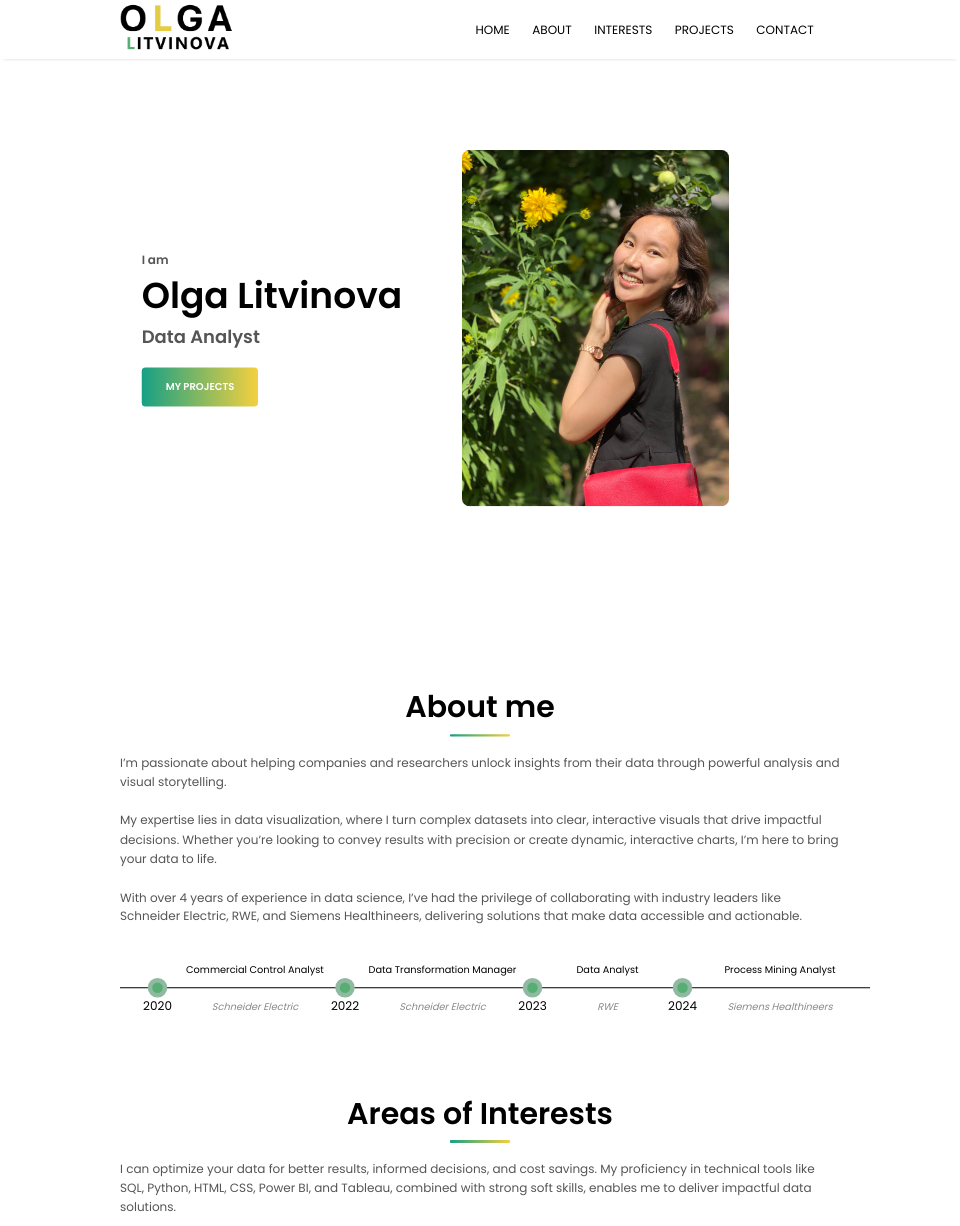
Repository: OlgaKuzminichna/CV
Page: index.html
The author's editor kept a copy of each file at every save. The page is drawn from the files as they stood at one save, then again after the next save.
The browser window is 1280 px wide. The pictures show the part of the page from y = 0 to 1635 px (the page is 4176 px tall before and 4252 px after), at 75% of full size.
A picture or video elsewhere on the page could not be fetched, so the positions and the page height are approximate.

Above is the page before, as saved 2024-11-24 21:38:53.

### index.html
<!DOCTYPE html>
<html lang="en">
<head>
    <meta charset="UTF-8">
    <meta name="viewport" content="width=device-width, initial-scale=1.0">
    <title>Olga Litvinova | Data Analyst</title>
    <link rel="stylesheet" href="style.css">
    <link rel="icon" href="./images/logo2.png" type="image/x-icon">
    <script type="text/javascript" src="https://cdn.jsdelivr.net/npm/@emailjs/browser@3/dist/email.min.js"></script>
</head>
<body>
    <header>
        <nav id="navigation">
            <div class="site-header">
                <div class="site-logo">
                    <img src="./images/logo.png" alt="Olga Litvinova">
                </div>
                <ul class="link-list">
                    <li><a href="#home">HOME</a></li>
                    <li><a href="#about">ABOUT</a></li>
                    <li><a href="#skills">INTERESTS</a></li>
                    <li><a href="#projects">PROJECTS</a></li>
                    <li><a href="#contact">CONTACT</a></li>
                    <!-- <li><a href="#resume">RESUME</a></li> -->
                </ul>
            </div>
        </nav>
        <nav id="responsive-nav">
            <div class="site-header">
                <div class="site-logo">
                    <img src="./images/logo.png" alt="Olga Litvinova">
                </div>
                <div class="hamburger-menu">
                    <div class="icon-toggle" onclick="toggleMenu()">
                        <span></span>
                        <span></span>
                        <span></span>
                    </div>
                    <div class="dropdown-links">
                        <li><a href="#home" onclick="toggleMenu()">HOME</a></li>
                        <li><a href="#about" onclick="toggleMenu()">ABOUT</a></li>
                        <li><a href="#skills" onclick="toggleMenu()">INTERESTS</a></li>
                        <li><a href="#projects" onclick="toggleMenu()">PROJECTS</a></li>
                        <li><a href="#contact" onclick="toggleMenu()">CONTACT</a></li>
                        <!-- <li><a href="#resume" onclick="toggleMenu()">RESUME</a></li> -->
                    </div>
                </div>
            </div>
        </nav>
    </header>

    <main>
        <section id="home">
            <div class="intro-left">
                <p class="intro-text2">I am</p>
                <h1 class="primary-title">Olga Litvinova</h1>
                <p class="intro-role">Data Analyst </p>
                <div class="button-group">
                    <button class="main-btn" onclick="location.href='./index.html#projects'">
                        MY PROJECTS
                    </button>
                </div>
            </div>
            <div class="intro-right">
                <img src="./images/Litvinova.jpg" alt="Olga Litvinova Picture" />
            </div>
        </section>
        <section id="about">
            <h1 class="secondary-title">About me</h1>
            <div class="description-container">
                <p>
                    I’m passionate about helping companies and researchers unlock insights from their data through powerful analysis and visual storytelling. <br>
                    <br>
                    My expertise lies in data visualization, where I turn complex datasets into clear, interactive visuals that drive impactful decisions. Whether you’re looking to convey results with precision or create dynamic, interactive charts, I’m here to bring your data to life.
                </p>
                <p>
                    <br>
                    With over 4 years of experience in data science, I’ve had the privilege of collaborating with industry leaders like Schneider Electric, RWE, and Siemens Healthineers, delivering solutions that make data accessible and actionable.
                </p>

            </div>

            <div class="timeline">
                <svg width="1000" height="100">
                    <!-- Line -->
                    <line x1="0" y1="50" x2="1000" y2="50" style="stroke:black; stroke-width:1.5"></line>
                    <!-- 2020 Event -->
                    <circle cx="50" cy="50" r="10" stroke="#8fb9a1" stroke-width="6" fill="rgb(87, 174, 114)"></circle>
                    <text text-anchor="middle" x="50" y="80" fill="black">2020</text>
                    <text style="font-size:13" text-anchor="middle" x="180" y="30" fill="black">Commercial Control Analyst</text>
                    <text style="font-size:13; font-style: italic" text-anchor="middle" x="180" y="80" fill="#888888">Schneider Electric</text>


                    <circle cx="300" cy="50" r="10" stroke="#8fb9a1" stroke-width="6" fill="rgb(87, 174, 114)"></circle>
                    <text text-anchor="middle" x="300" y="80" fill="black">2022</text>
                    <text style="font-size:13" text-anchor="middle" x="430" y="30" fill="black">Data Transformation Manager</text>
                    <text style="font-size:13; font-style: italic" text-anchor="middle" x="430" y="80" fill="#888888">Schneider Electric</text>

                    <circle cx="550" cy="50" r="10" stroke="#8fb9a1" stroke-width="6" fill="rgb(87, 174, 114)"></circle>
                    <text text-anchor="middle" x="550" y="80" fill="black">2023</text>
                    <text style="font-size:13" text-anchor="middle" x="650" y="30" fill="black">Data Analyst</text>
                    <text style="font-size:13; font-style: italic" text-anchor="middle" x="650" y="80" fill="#888888">RWE</text>

                    <circle cx="750" cy="50" r="10" stroke="#8fb9a1" stroke-width="6" fill="rgb(87, 174, 114)"></circle>
                    <text text-anchor="middle" x="750" y="80" fill="black">2024</text>
                    <text style="font-size:13" text-anchor="middle" x="880" y="30" fill="black">Process Mining Analyst</text>
                    <text style="font-size:13; font-style: italic" text-anchor="middle" x="880" y="80" fill="#888888">Siemens Healthineers</text>
                </svg>
            </div>
        </section>


        <section id="skills">
            <h1 class="secondary-title">Areas of Interests</h1>
            <div class="description-container">
                <p>I can optimize your data for better results, informed decisions, and cost savings. My proficiency in technical tools like SQL, Python, HTML, CSS, Power BI, and Tableau, combined with strong soft skills, enables me to deliver impactful data solutions.</p>
            </div>
            <div class="skill-article-group">
                <article class="skill-card">
                    <img src="./images/data-analysis.png" alt="Data Analysis Icon" class="icon"/>
                    <div>
                        <h3>Data Analysis</h3>
                        <p>Uncover hidden insights and patterns within your data to identify trends, anomalies, and opportunities for data-driven decision-making.</p>
                    </div>
                </article>
                <article class="skill-card">
                    <img src="./images/data-analytics.png" alt="Data Analytics Icon" class="icon"/>
                    <div>
                        <h3>Data Analytics</h3>
                        <p>Harness the power of advanced analytics, including predictive models and machine learning solutions to forecast outcomes, optimize processes, and gain a competitive edge.</p>
                    </div>
                </article>
                <article class="skill-card">
                    <img src="./images/data-visualization.png" alt="Data Visualization Icon" class="icon"/>
                    <div>
                        <h3>Data Visualization</h3>
                        <p>Transform complex data into clear and compelling visual narratives. Create custom dashboards and reports for enhanced data communication and understanding.</p>
                    </div>
                </article>
                <article class="skill-card">
                    <img src="./images/technical-writing.png" alt="Technical Writing Icon" class="icon"/>
                    <div>
                        <h3>Technical Writing</h3>
                        <p>Translate intricate technical concepts into clear and concise documentation. From reports to comprehensive materials, I ensure your data projects are well-documented and readily accessible.</p>
                    </div>
                </article>
                <article class="skill-card">
                    <img src="./images/front-end-web-development.png" alt="Front End Web Development Icon" class="icon"/>
                    <div>
                        <h3>Web Development</h3>
                        <p>Craft intuitive web interfaces that deliver information in an accessible format. Design and build data-driven web solutions that seamlessly blend functionality and aesthetics.</p>
                    </div>
                </article>
                <article class="skill-card">
                    <img src="./images/collaboration.png" alt="Collaboration Icon" class="icon"/>
                    <div>
                        <h3>Collaboration</h3>
                        <p>Collaborate seamlessly with your team to integrate data solutions into your business processes. Whether it's short-term projects or ongoing data-driven initiatives, I'm here to support your success.</p>
                    </div>
                </article>
            </div>
        </section>
        <section id="projects">
            <h1 class="secondary-title">Projects</h1>
            <div class="project-group">
                <div class="project-detail-card">
                    <img src="./images/cyclistic.png" class="project-image"/>
                    <h2 class="project-title">Cyclistic Bike-Share Analytics</h2>
                    <p>A comprehensive analysis of Cyclistic Bike-Share program, featuring Exploratory Data Analysis (EDA), A/B Testing, SARIMA Time Series Forecasting, and interactive Tableau dashboards to uncover user behavior, trends, and marketing strategies for growth.</p>
                    <div class="button-group">
                        <button class="main-btn project-btn"
                        onclick="location.href='https://medium.com/python-in-plain-english/revitalizing-cyclistic-bike-share-program-an-in-depth-data-exploration-556b52512bf8'">View Project</button>
                    </div>
                </div>
                <!-- Additional projects can go here, following the same structure -->
            </div>
        </section>

        <section id="contact">
            <h1 class="secondary-title">Contact Me</h1>

            <div class="social-media-buttons">
                <a href="https://github.com/OlgaKuzminichna" target="_blank" class="button github">
                    <img src="images/github.png" alt="GitHub Icon">
                    <span>GitHub</span>
                </a>
                <a href="https://public.tableau.com/app/profile/yourusername" target="_blank" class="button tableau">
                    <img src="images/tableau.svg" alt="Tableau Icon">
                    <span>Tableau</span>
                </a>
                <a href="https://www.linkedin.com/in/olga-l-7802b324b/" target="_blank" class="button linkedin">
                    <img src="images/linkedin.png" alt="LinkedIn Icon">
                    <span>LinkedIn</span>
                </a>
                <a href="mailto:litvinova2404@gmail.com" class="button email">
                    <img src="images/email.png" alt="Email Icon">
                    <span>Email</span>
                </a>
            </div>
            <form class="contact-form">
            <h2>Feel free to contact me for any question </h2>
            <div class="form-field">
                <label for="name">Name</label>
                <input type="text" id="name" placeholder="Enter your full name" required>
            </div>
            <div class="form-field">
                <label for="email">Email</label>
                <input type="email" id="email" placeholder="Enter your email" required>
            </div>
            <div class="form-field">
                <label for="message">Message</label>
                <textarea id="message" name="message" rows="5" required></textarea>
            </div>
            <button class="submit-btn form-field" onclick="sendMail()">Send Message</button>
            </form>

        </section>
        <footer>
            <p>Copyright &copy; Olga Litvinova 2024. All Rights Reserved.</p>
        </footer>
    </main>
    <script src="script.js"></script>
</body>
</html>

### style.css
@import url('https://fonts.googleapis.com/css2?family=Poppins:wght@300;400;500;600&display=swap');

* {
    margin: 0;
    padding: 0;
    box-sizing: border-box;
}

body {
    font-family: 'Poppins', sans-serif;
    margin: 0;
    padding: 0;
}

p {
    color: #555;
}

a, .btn {
    transition: color 0.5s ease, background-color 0.5s ease;
}

header {
    position: sticky;
    top: 0;
    background-color: white;
    padding: 0;
    z-index: 2;
}

.site-header {
    width: 100%;
    padding: 5px 0px;
    display: flex;
    align-items: center;
    justify-content: space-between;
    margin: 0 10rem;
}

nav {
    width: 100%;
    display: flex;
    align-items: center;
    box-shadow: 0 5px 5px -5px rgba(0,0,0,.2);
}

.link-list {
    list-style: none;
    display: flex;
    margin-right: 20px;
}

.link-list li {
    margin: 0 15px;
}

.site-logo img {
    max-width: 150px;
    height: auto;
}

a {
    color: black;
    text-decoration: none;
}

a:hover {
    color: rgb(87, 174, 114);
    text-decoration: underline;
    text-underline-offset: 1rem;
    text-decoration-color: rgb(87, 174, 114);
}

/* HAMBURGER MENU */

#responsive-nav {
    display: none;
}

.hamburger-menu {
    position: relative;
    display: inline-block;
}

.icon-toggle {
    display: flex;
    flex-direction: column;
    justify-content: space-between;
    height: 24px;
    width: 30px;
    cursor: pointer;
}

.icon-toggle span {
    width: 100%;
    height: 2px;
    background-color: black;
    transition: all 0.3 ease-in-out;
}

.dropdown-links {
    position: absolute;
    top: 100%;
    right: 0%;
    background-color: white;
    width: fit-content;
    max-height: 0;
    overflow: hidden;
    transition: all 0.3 ease-in-out;
}

.dropdown-links a {
    display: block;
    padding: 10px;
    text-align: center;
    font-size: 1.2rem;
    color: black;
    text-decoration: none;
    transition: all 0.3 ease-in-out;
}

.dropdown-links a:hover {
    color: rgb(87, 174, 114);
}

.dropdown-links li {
    list-style: none;
}

.dropdown-links.open {
    max-height: 300px;
}

.icon-toggle.open span:nth-child(1) {
    transform: rotate(45deg) translate(10px, 5px);
}

.icon-toggle.open span:nth-child(2) {
    opacity: 0;
}

.icon-toggle.open span:nth-child(3) {
    transform: rotate(-45deg) translate(10px, -5px);
}

.icon-toggle span:nth-child(1),
.icon-toggle span:nth-child(2),
.icon-toggle span:nth-child(3) {
    transform: none;
}

main {
    margin-top: 60px;
}

section {
    margin: 0 10rem;
    box-sizing: border-box;
    min-height: fit-content;
}

.section-container {
    display: flex;
}

/* HOME */

#home {
    display: flex;
    justify-content: center;
    align-items: center;
    gap: 5rem;
    height: 85vh;
}

.intro-right {
    display: flex;
    height: 475px;
    width: 475px;
    margin: auto 0;
}

.intro-right img {
    border-radius: 10px;
}

.intro-left {
    align-self: justify;
    text-align: justify;
}

.intro-left p {
    font-weight: 600;
}

.intro-text {
    text-align: center;
}

.intro-text2 {
    text-align: justify;
}

.intro-role {
    font-size: 1.5rem;
    margin-bottom: 1rem;
}

.primary-title {
    font-size: 3rem;
    text-align: center;
}

.button-group {
    margin-top: 1.5rem;
    text-align: justify;

}

.main-btn {
    background: linear-gradient(to right, #16A085 0%, #F4D03F  50%, #16A085  100%);
    background-size: 200% auto;
    font-family: 'Poppins', sans-serif;
    border: none;
    color: white;
    padding: 1rem 2rem;
    font-weight: 600;
    border-radius: 5px;
    cursor: pointer;
    transition: background-color 0.3s ease, transform 0.2s ease;
}


.main-btn:hover {
    background-position: right center;
    transition: 0.5s;
    color: #fff;
    text-decoration: none;
    transform: scale(1.05);
}

/* ABOUT */

#about {
    padding-top: 5rem ;
    text-align: center;
}

.secondary-title {
    font-size: 2.5rem;
    position: relative;
}

.secondary-title::after {
    content: "";
    position: absolute;
    bottom: -10px;
    left: 50%;
    transform: translateX(-50%);
    width: 80px;
    height: 3.5px;
    background: linear-gradient(to right, #16A085 0%, #F4D03F  100%, #16A085  100%);
    border-radius: 1px;
}

.description-container {
    margin: 2rem auto;
}

.description-container p {
    color: #555;
    line-height: 1.6;
    text-align: left;
}

/* TIMELINE */

.timeline {
    text-align: center;
    padding: 0px;
    flex: 0 0 100%;
    max-width: 90%;
}




/* SKILLS */

#skills {
    padding-top: 5rem ;
    text-align: center;
}

.skill-article-group {
    display: flex;
    flex-wrap: wrap;
    justify-content: space-around;
    gap: 2.5rem;
}

.skill-card {
    display: flex;
    flex-direction: column;
    align-items: center;
    max-width: 320px;
    text-align: center;
}

.skill-card .icon {
    cursor: pointer;
    height: 90px;
    margin-bottom: 1rem;
}

.skill-card h3 {
    font-size: 1.5rem;
    color: #333;
}

.skill-card p {
    color: #777;
    line-height: 1.5;
    text-align: justify;
}

/* PROJECTS */

#projects {
    padding-top: 5rem ;
    text-align: center;
}

.project-group {
    display: flex;
    flex-wrap: wrap;
    justify-content: space-around;
    gap: 3.5rem;
    margin-top: 2rem;
}

.project-detail-card {
    background-color: white;
    border: 1px solid #ddd;
    border-radius: 5px;
    padding: 1.5rem;
    max-width: 540px;
    text-align: left;
    box-shadow: 0px 0px 10px rgba(0, 0, 0, 0.1);
    transition: transform 0.2s ease-in-out;
}

.project-detail-card:hover {
    transform: scale(1.02);
    box-shadow: 0px 0px 15px rgba(0, 0, 0, 0.2);
}

.project-image {
    max-width: 100%;
    height: auto;
}



/* CONTACT */

#contact {
    padding-top: 5rem ;
    text-align: center;

    margin: 0 auto;
}

/* CONTACT - social media links*/

.social-media-buttons {
    display: flex;
    justify-content: center;
    margin: 2rem;
}

.social-media-buttons .button {
    display: flex;
    align-items: center;
    justify-content: center;
    padding: 10px 15px;
    margin:15px;
    border-radius: 5px;
    text-decoration: none;
    font-family: 'Poppins', sans-serif;
    font-weight: bold;
    color: #555;
    transition: background-color 0.3s;
    border: 1px solid #333;
}

.social-media-buttons .button img {
    width: 50px;
    max-height: 100px;
    margin-right: 8px;
}


.social-media-buttons .button:hover {
    background: linear-gradient(to right, #16A085 0%, #F4D03F  200%, #16A085  100%);
    transform: scale(1.05);
    color: #fff;
}


/* CONTACT - Form */
.form-field {
    margin-bottom: 1rem;
}

.contact-form h2 {
    font-size: 1.5rem;
    margin:2rem;
}

label {
    display: block;
    font-weight: 600;
    margin-bottom: 0.5rem;
    text-align: justify;
    max-width: 400px;
    margin: 0 auto;
}

.form-field input,
.form-field textarea {
    max-width: 400px;
    width: 100%;
    padding: 0.5rem;
    font-size: 1rem;
    border: 1px solid #ccc;
    border-radius: 5px;
}

textarea {
    resize: none;
}

.submit-btn {
    background: linear-gradient(to right, #16A085 0%, #F4D03F  51%, #16A085  100%);
    background-size: 200% auto;
    border: none;
    color: white;
    padding: 1rem 2rem;
    font-weight: 600;
    border-radius: 5px;
    cursor: pointer;
    transition: background-color 0.3s ease, transform 0.2s ease;
    font-family: 'Poppins', sans-serif;
    margin-bottom: 3rem;

}

.submit-btn:hover {
    background-color: #57AE72;
    transform: scale(1.05);

}


/* FOOTER */

footer {
    padding: 1rem 0;
    text-align: center;
    background-color: #F9F9F7;
}

footer p {
    margin: 0;
}

footer p::before {
    font-size: 1.2rem;
    margin-right: 0.5rem;
}

/* RESPONSIVE STYLES */

@media screen and (max-width: 1400px) {
    #home {
        height: 83vh;
        margin-bottom: 6rem;
    }
}

@media screen and (max-width: 1200px) {
    #navigation {
        display: none;
    }
    #responsive-nav {
        display: flex;
    }
    section, .section-container {
        height: fit-content;
    }
    section {
        margin: 0 5%;
    }
    .intro-right {
        width: 275px;
        height: 275px;
        margin: 0 auto 2rem;
    }
    .project-group {
        gap: 2rem;
    }
    footer {
        padding: 1rem 0;
    }
    footer p {
        font-size: 0.7rem;
    }
}

@media (max-width: 999px) {
    .timeline {
        display: none;
    }
}

@media screen and (max-width: 768px) {
    .site-header {
        padding: 15px 20px;
        justify-content: space-between;
    }
    .icon-toggle {
        width: 25px;
    }
    .site-logo img {
        max-width: 35px;
    }
    .primary-title, .secondary-title {
        font-size: 1.6rem;
    }
}

@media screen and (max-width: 600px) {
    main {
        margin-top: 40px;
    }
}

### script.js
function toggleMenu() {
    const menu = document.querySelector(".dropdown-links");
    const icon = document.querySelector(".icon-toggle");
    menu.classList.toggle("open");
    icon.classList.toggle("open");
}

function sendMail() {
    var params = {
        name: document.getElementById("name").value,
        email: document.getElementById("email").value,
        message: document.getElementById("message").value
    };

    emailjs
    .send("service_20pigze", "template_jm79tde", params)
    .then((res) => {
        document.getElementById("name").value = "";
        document.getElementById("email").value = "";
        document.getElementById("message").value = "";
        console.log(res);
        alert("Message sent successfully!");
    })
    .catch((err) => console.log(err));
}

After the next save:
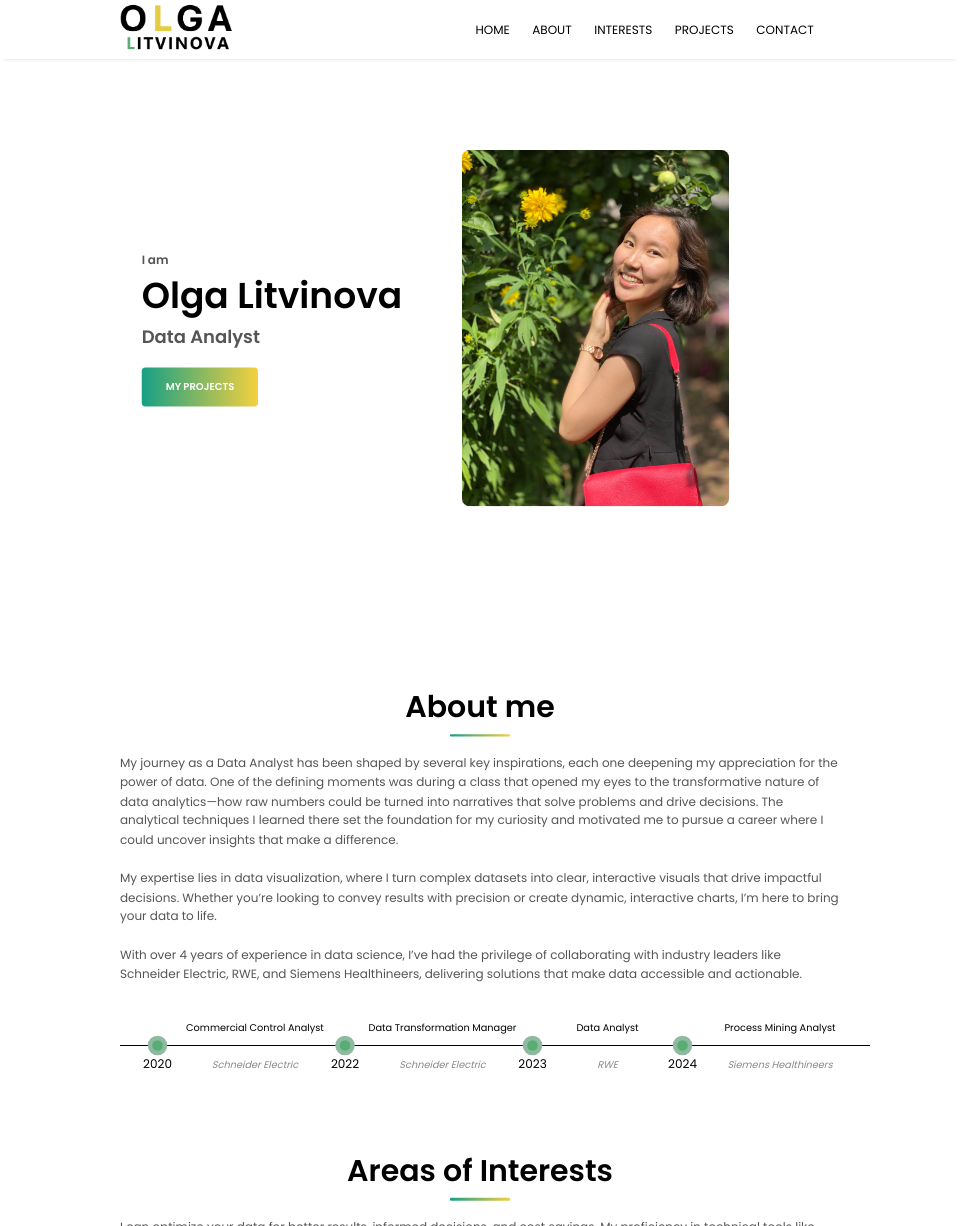
Saved 21 min 46 s later.
--- a/index.html
+++ b/index.html
@@ -69,7 +69,7 @@
             <h1 class="secondary-title">About me</h1>
             <div class="description-container">
                 <p>
-                    I’m passionate about helping companies and researchers unlock insights from their data through powerful analysis and visual storytelling. <br>
+                    My journey as a Data Analyst has been shaped by several key inspirations, each one deepening my appreciation for the power of data. One of the defining moments was during a class that opened my eyes to the transformative nature of data analytics—how raw numbers could be turned into narratives that solve problems and drive decisions. The analytical techniques I learned there set the foundation for my curiosity and motivated me to pursue a career where I could uncover insights that make a difference. <br>
                     <br>
                     My expertise lies in data visualization, where I turn complex datasets into clear, interactive visuals that drive impactful decisions. Whether you’re looking to convey results with precision or create dynamic, interactive charts, I’m here to bring your data to life.
                 </p>
